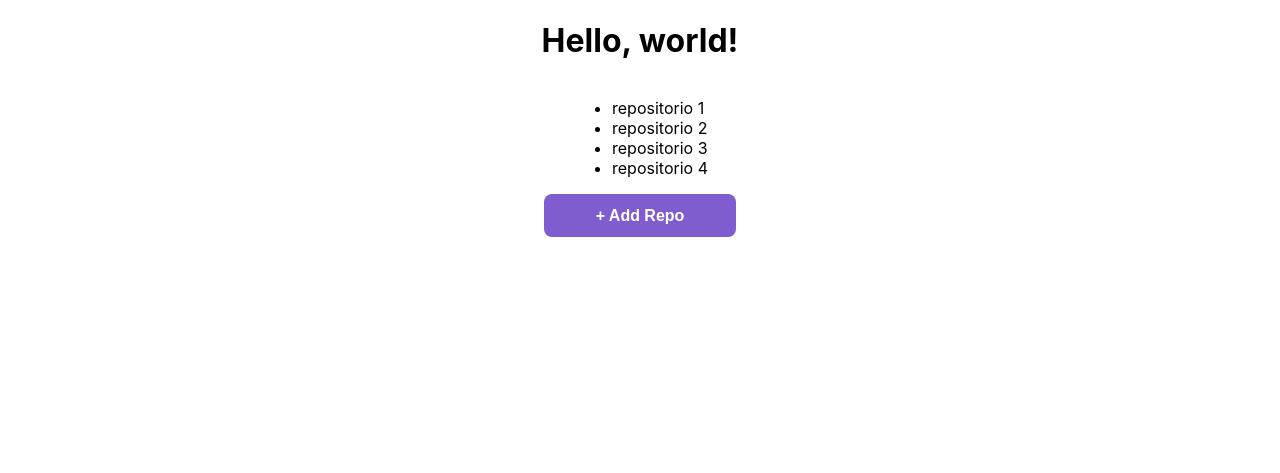
Repository: thiagolucio/react-hooks-use
Page: /
An editor plug-in stored every save of this project. The page is shown before and after the next save, followed by the edit.
The browser window is 1280 px wide. The pictures show the whole page.
The project was rebuilt for these pictures with package versions that can differ from the ones it lists, and the page was loaded fresh each time.

Above is the page before, as saved 2022-03-08 22:38:12.

After the next save:
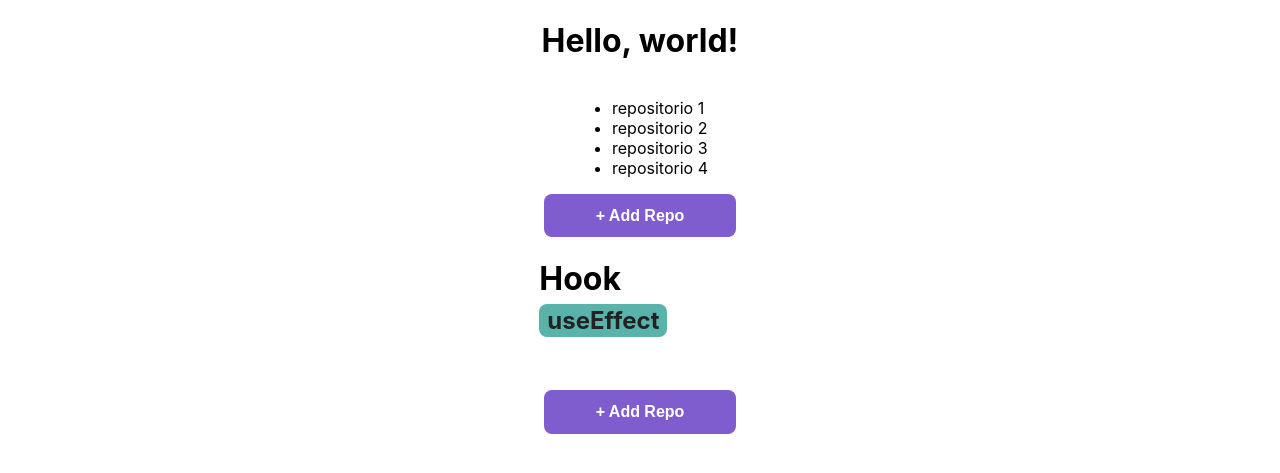
Saved 26 s later.
--- a/src/App.js
+++ b/src/App.js
@@ -2,6 +2,7 @@ import React from "react";
 import './App.css';
 
 import UseStateExample from "./Components/UseStateExample";
+import UseEffectExample from "./Components/UseEffectExample";
 
 
 
@@ -9,6 +10,7 @@ function App() {
   return (
     <>
       <UseStateExample />
+      <UseEffectExample/>
     </>
   );
 }
